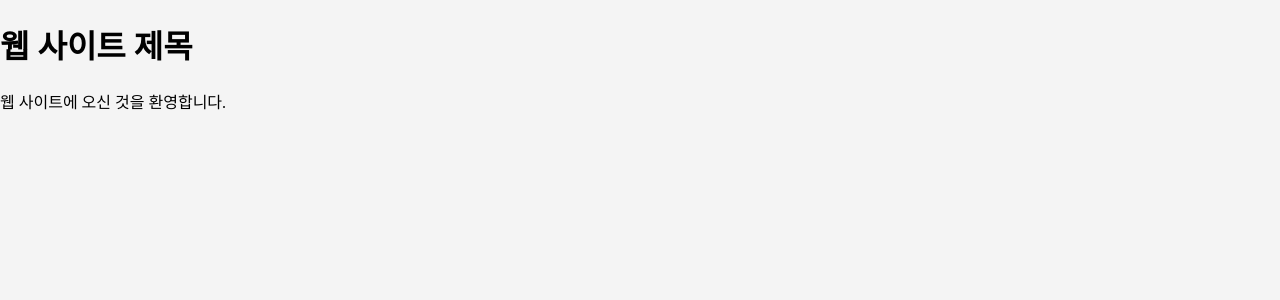
Repository: im2ho/Spring-workspace
Page: springStart-1/src/main/resources/static/Header.html
These files come from the project's save history. The page is drawn as it stood at one moment and after the next save; the edit follows.
The browser window is 1280 px wide. The pictures show the whole page.

Above is the page before, as saved 2023-11-21 05:27:31.

### springStart-1/src/main/resources/static/Header.html
<!DOCTYPE html>
<html>
	<head>
		<meta charset="UTF-8">
		<title>머릿말</title>
	</head>
	<body>
		<style>
			body{
				margin: 0;
				padding: 0;
				background-color: #f4f4f4;
			}
		</style>
		<h1>웹 사이트 제목</h1>
		<p>웹 사이트에 오신 것을 환영합니다.</p>
	</body>
</html>

After the next save:
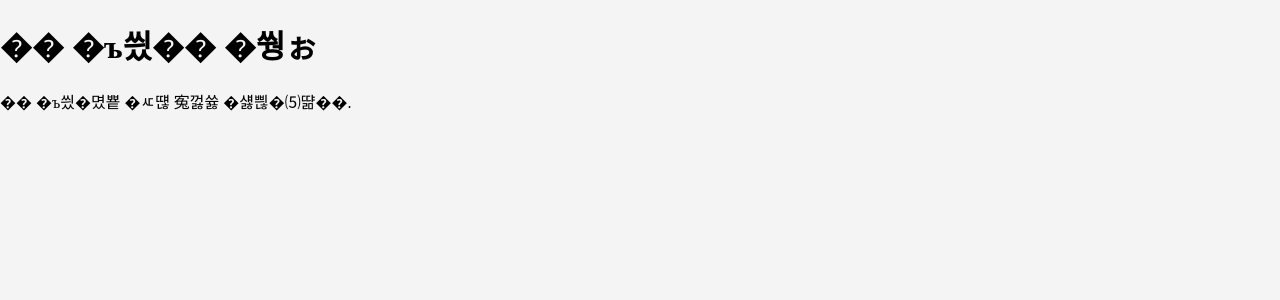
Saved 18 s later.
--- a/springStart-1/src/main/resources/static/Header.html
+++ b/springStart-1/src/main/resources/static/Header.html
@@ -1,7 +1,7 @@
 <!DOCTYPE html>
 <html>
 	<head>
-		<meta charset="UTF-8">
+		<meta charset="EUC-KR">
 		<title>머릿말</title>
 	</head>
 	<body>

After the save that followed:
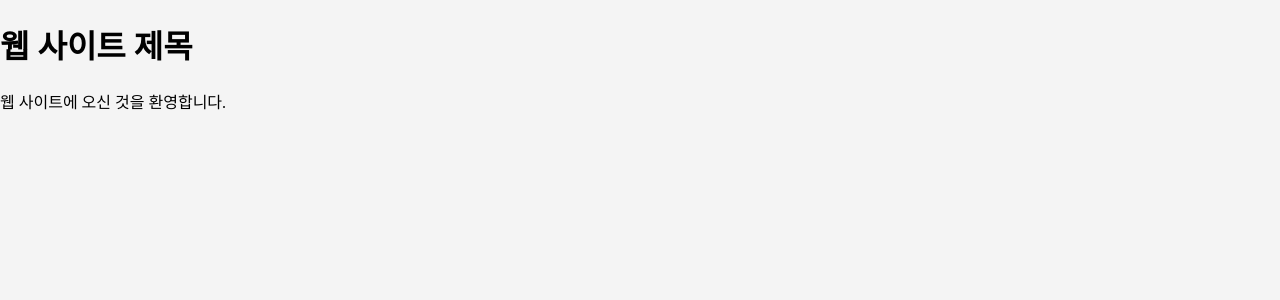
Saved 6 s later.
--- a/springStart-1/src/main/resources/static/Header.html
+++ b/springStart-1/src/main/resources/static/Header.html
@@ -1,7 +1,7 @@
 <!DOCTYPE html>
 <html>
 	<head>
-		<meta charset="EUC-KR">
+		<meta charset="UTF-8">
 		<title>머릿말</title>
 	</head>
 	<body>
